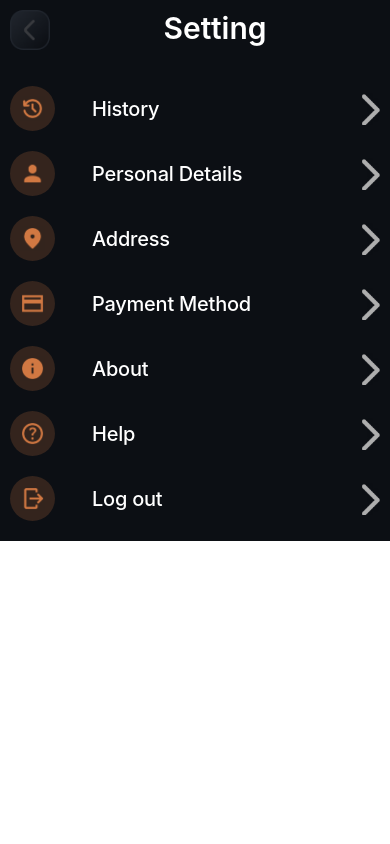
Repository: nguoilaisaochoi/App-coffe
Screen: /
The author's editor kept a copy of each file at every save. The screen is drawn from the files as they stood at one save, then again after the next save.
The app was drawn by React Native's web renderer in a window 390 px wide. The project was rebuilt for these pictures with package versions that can differ from the ones it lists, and the page was loaded fresh each time.

Above is the screen before, as saved 2024-01-13 09:07:46.

After the next save:
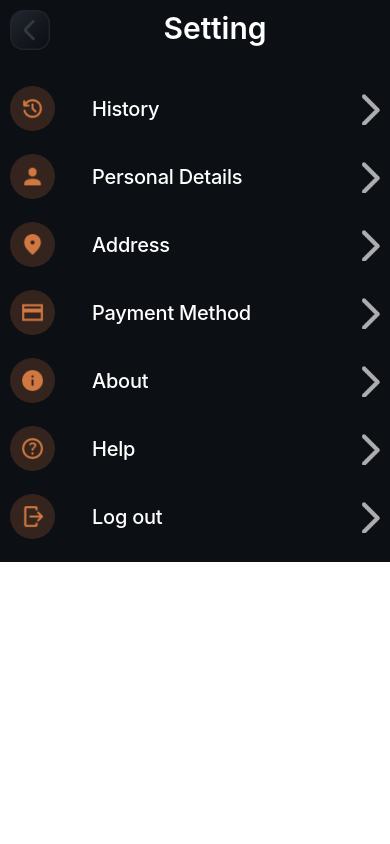
Saved 15 s later.
--- a/src/Setting.js
+++ b/src/Setting.js
@@ -143,7 +143,7 @@ const mystyle = StyleSheet.create({
     flexDirection: 'row',
     alignItems: 'center',
     marginTop:10,
-    marginBottom:10,
+    marginBottom:13,
   },
   text: {
     color: 'white',
